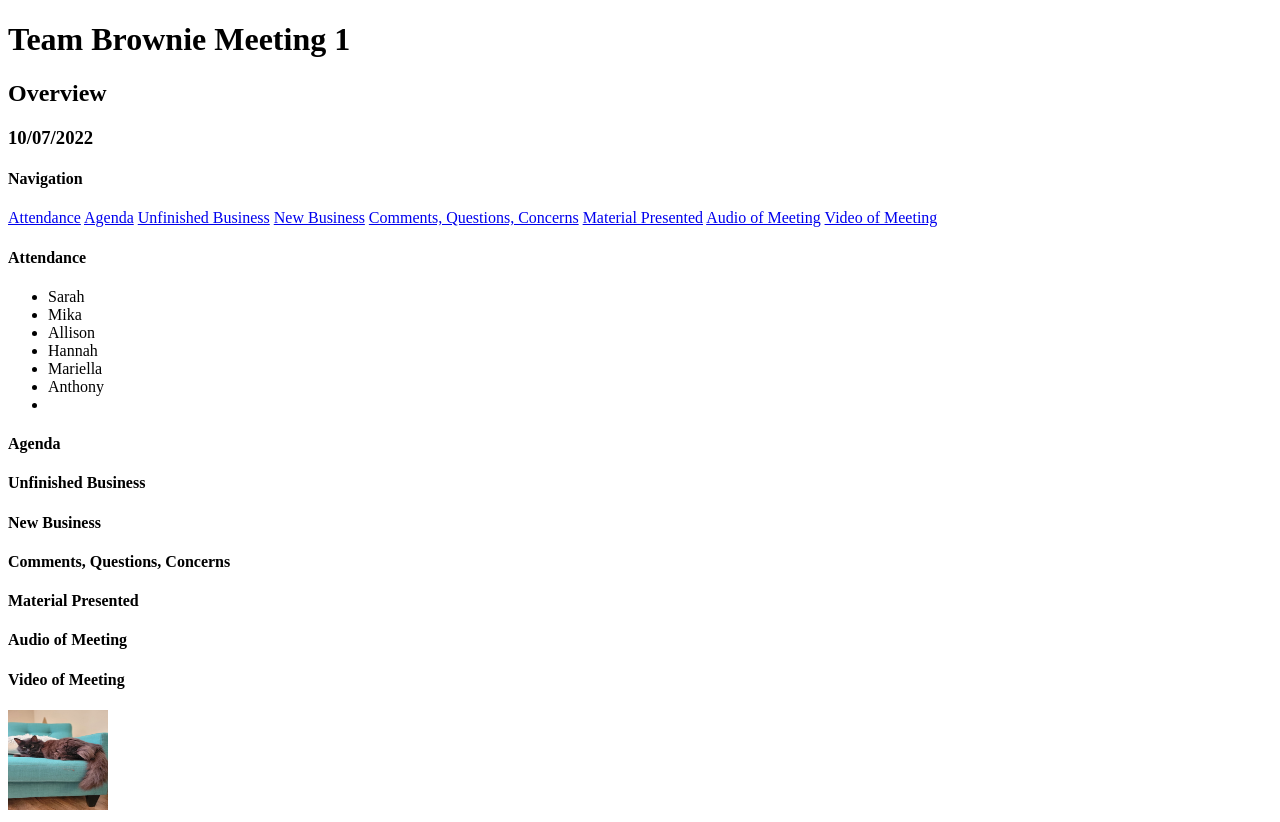
Repository: sarahtthomson/fa22-cse110-lab3
Page: index.html
These files come from the project's save history. The page is drawn as it stood at one moment and after the next save; the edit follows.
The browser window is 1280 px wide. The pictures show the whole page.

Above is the page before, as saved 2022-10-07 15:13:30.

### index.html
<!DOCTYPE html>
<html lang="en">
    <head>
        <Title>Team Brownie</Title>
        <meta name="description" content="Meeting minutes for Team Brownie">
        <link rel="icon" href="/favicon.ico" />
    </head>
    <body>
        <header>
            <h1>Team Brownie Meeting 1</h1>
            <h2>Overview</h2>
            <h3>10/07/2022</h3>
        </header>
        <main>
            <div class="nav">
                <h4>Navigation</h4>
                    <a href="#Attendance" class="btn">Attendance</a>
                    <a href="#Agenda" class="btn">Agenda</a>
                    <a href="#Unfinished Business" class="btn">Unfinished Business</a>
                    <a href="#New Business" class="btn">New Business</a>
                    <a href="#Comments" class="btn">Comments, Questions, Concerns</a>
                    <a href="#Material" class="btn">Material Presented</a>
                    <a href="#Audio" class="btn">Audio of Meeting</a>
                    <a href="#Video" class="btn">Video of Meeting</a>
            </div>
            <div class="Attendance" id="Attendance">
                <h4>Attendance</h4>
                <ul>
                    <li>Sarah</li>
                    <li>Mika</li>
                    <li>Allison</li>
                    <li>Hannah</li>
                    <li>Mariella</li>
                    <li>Anthony</li>
                    <li></li>
                </ul>
            </div>
            <div class="Agenda" id="Agenda">
                <h4>Agenda</h4>
            </div>
            <div class="Unfinished Business" id="Agenda">
                <h4>Unfinished Business</h4>
            </div>
            <div class="New Business" id="New Business">
                <h4>New Business</h4>
            </div>
            <div class="Comments" id="Comments">
                <h4>Comments, Questions, Concerns</h4>
            </div>
            <div class="Material" id="Material">
                <h4>Material Presented</h4>
            </div>
            <div class="Audio" id="Audio">
                <h4>Audio of Meeting</h4>
            </div>
            <div class="Video" id="Video">
                <h4>Video of Meeting</h4>
            </div>
        </main>
        <img height="100" width="100" src="/cat.jpg">
    </body>
</html>

After the next save:
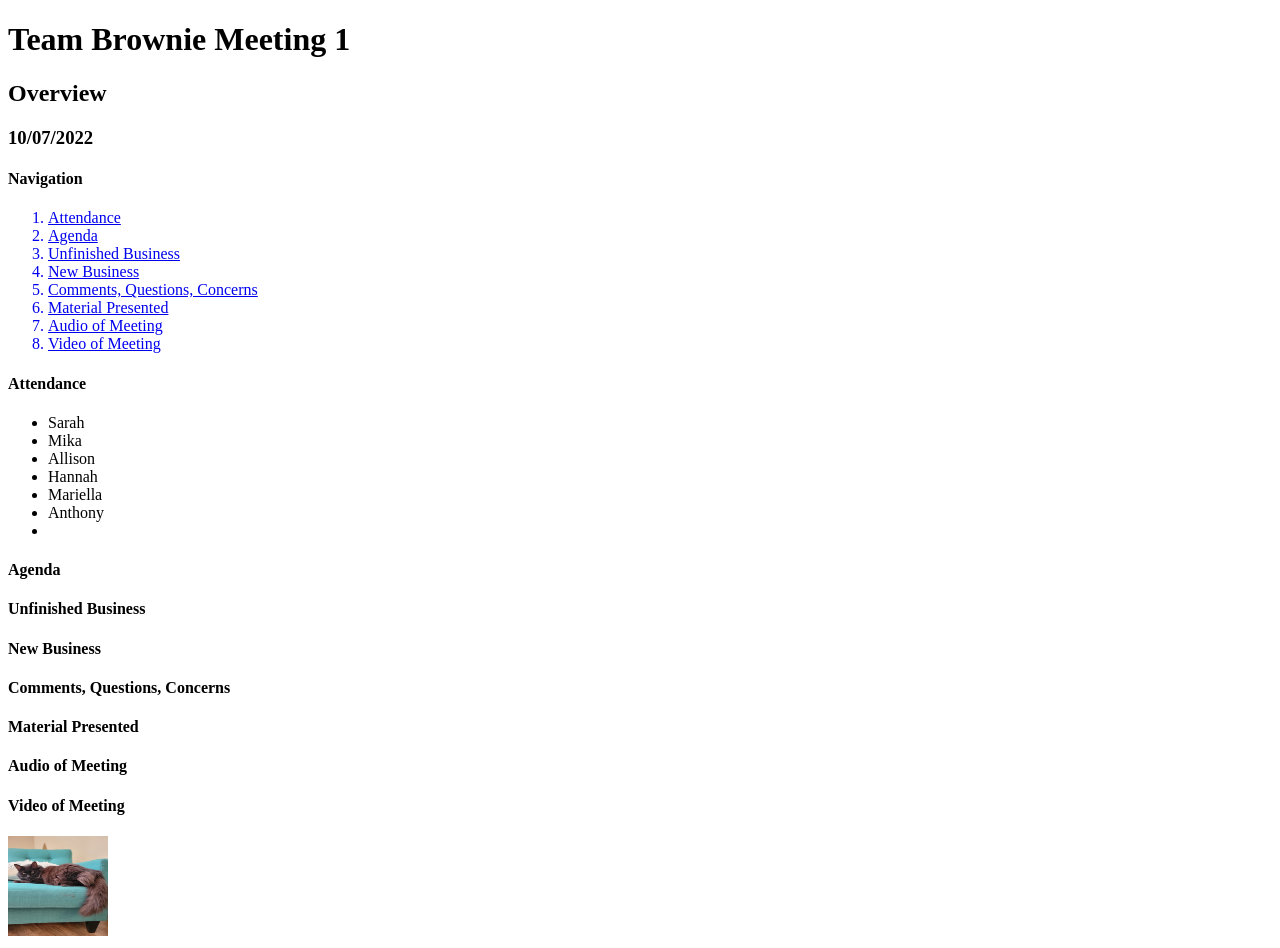
Saved 22 s later.
--- a/index.html
+++ b/index.html
@@ -14,14 +14,16 @@
         <main>
             <div class="nav">
                 <h4>Navigation</h4>
-                    <a href="#Attendance" class="btn">Attendance</a>
-                    <a href="#Agenda" class="btn">Agenda</a>
-                    <a href="#Unfinished Business" class="btn">Unfinished Business</a>
-                    <a href="#New Business" class="btn">New Business</a>
-                    <a href="#Comments" class="btn">Comments, Questions, Concerns</a>
-                    <a href="#Material" class="btn">Material Presented</a>
-                    <a href="#Audio" class="btn">Audio of Meeting</a>
-                    <a href="#Video" class="btn">Video of Meeting</a>
+                <ol>
+                    <a href="#Attendance" class="btn"><li>Attendance</li></a>
+                    <a href="#Agenda" class="btn"><li>Agenda</li></a>
+                    <a href="#Unfinished Business" class="btn"><li>Unfinished Business</li></a>
+                    <a href="#New Business" class="btn"><li>New Business</li></a>
+                    <a href="#Comments" class="btn"><li>Comments, Questions, Concerns</li></a>
+                    <a href="#Material" class="btn"><li>Material Presented</li></a>
+                    <a href="#Audio" class="btn"><li>Audio of Meeting</li></a>
+                    <a href="#Video" class="btn"><li>Video of Meeting</li></a>
+                </ol>
             </div>
             <div class="Attendance" id="Attendance">
                 <h4>Attendance</h4>
